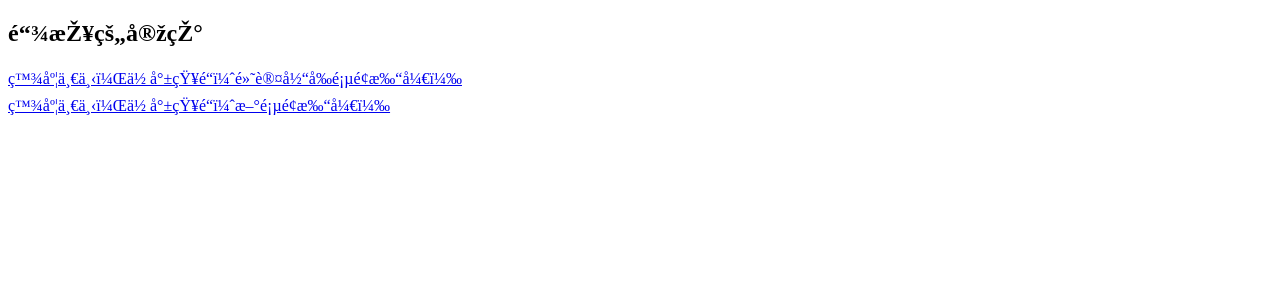
Repository: liang-n/front-end-basics
Page: 08-超链接.html
An editor plug-in stored every save of this project. The page is shown before and after a run of saves, followed by the edit.
The browser window is 1280 px wide. The pictures show the whole page.

Above is the page before, as saved 2022-05-15 13:04:52.

### 08-超链接.html
<!DOCTYPE html>
<html>

<head>
    <meta charset="uft-8" />
    <title>08-超链接</title>
</head>

<body>
    <h2>链接的实现</h2>
    <a href="https://www.baidu.coom/">百度一下，你就知道（默认当前页面打开）</a>
    <br/>
    <a href="https://www.baidu.coom/" target="_blank">百度一下，你就知道（新页面打开）</a>

</body>

</html>

After the next 4 saves:
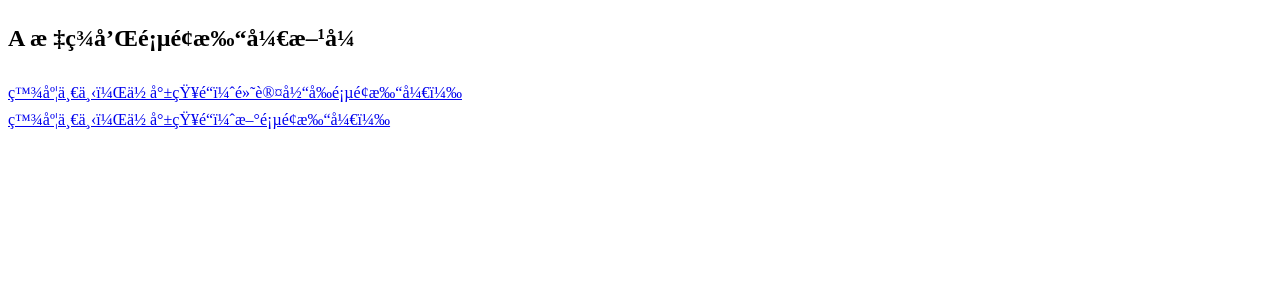
The 4 saves are shown as one change because they came seconds apart.
The last was saved 11 s later.
--- a/08-超链接.html
+++ b/08-超链接.html
@@ -7,7 +7,7 @@
 </head>
 
 <body>
-    <h2>链接的实现</h2>
+    <h2>A 标签和页面打开方式</h2>
     <a href="https://www.baidu.coom/">百度一下，你就知道（默认当前页面打开）</a>
     <br/>
     <a href="https://www.baidu.coom/" target="_blank">百度一下，你就知道（新页面打开）</a>
